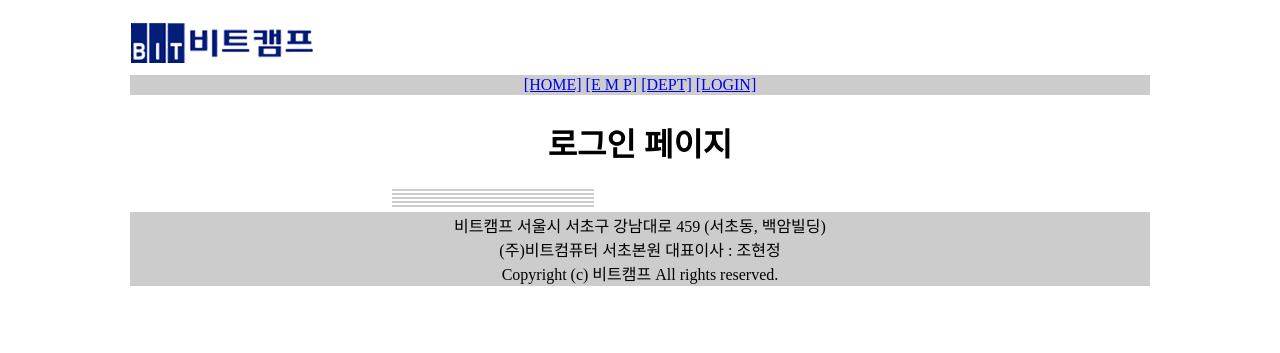
Repository: Lee-seongBeom/bitclass
Page: http://localhost/web08/login/form.jsp
The author's editor kept a copy of each file at every save. The page is drawn from the files as they stood at one save, then again after the next save.
The browser window is 1280 px wide. The pictures show the whole page.
The page is served by Tomcat 9. Other server files are loaded and not shown.

Above is the page before, as saved 2020-07-07 08:08:34.

### web/web08/WebContent/login/form.jsp
<%@ page language="java" contentType="text/html; charset=EUC-KR"
    pageEncoding="EUC-KR"%>
<!DOCTYPE html PUBLIC "-//W3C//DTD HTML 4.01 Transitional//EN" "http://www.w3.org/TR/html4/loose.dtd">
<html>
<head>
<meta http-equiv="Content-Type" content="text/html; charset=EUC-KR">
<title>Insert title here</title>
</head>
<body>
	<%
		String path="../";
	%>
	<%@ include file="../template/header.jspf" %>
	<%@ include file="../template/menu.jspf" %>
	<center>
		<h1>로그인 페이지</h1>
		<form action="result.jsp">
			<table width="500">
				<tr>
					<td width="200" bgcolor="#cccccc" align="center"></td>
					<td></td>
				</tr>
				<tr>
					<td width="200" bgcolor="#cccccc" align="center"></td>
					<td></td>
				</tr>
				<tr>
					<td width="200" bgcolor="#cccccc" align="center"></td>
					<td></td>
				</tr>
				<tr>
					<td width="200" bgcolor="#cccccc" align="center"></td>
					<td></td>
				</tr>
				<tr>
					<td width="200" bgcolor="#cccccc" align="center"></td>
					<td></td>
				</tr>
			</table>

		</form>
	</center>
	<%@ include file="../template/footer.jspf" %>

</body>
</html>

### web/web08/WebContent/template/header.jspf
<%@ page language="java" contentType="text/html; charset=EUC-KR"
    pageEncoding="EUC-KR"%>
<table width="1024" align="center">
      <tr>
         <td>
            <img alt="" src="<%=path %>img/logo.png">
         </td>
      </tr>

### web/web08/WebContent/template/menu.jspf
<%@ page language="java" contentType="text/html; charset=EUC-KR"
    pageEncoding="EUC-KR"%>
 <tr>
         <td align="center" bgcolor="#cccccc">
            <a href="<%=path %>index.jsp">[HOME]</a>
            <a href="<%=path %>emp/list.jsp">[E M P]</a>
            <a href="<%=path %>dept/list.jsp">[DEPT]</a>
            <a href="<%=path %>login/form.jsp">[LOGIN]</a>
         </td>
      </tr>
      <tr>
         <td>
            <!-- content start -->

### web/web08/WebContent/template/footer.jspf
<%@ page language="java" contentType="text/html; charset=EUC-KR"
    pageEncoding="EUC-KR"%>
   <!-- content end -->
         </td>
      </tr>
      <tr>
         <td align="center" bgcolor="#cccccc">
            비트캠프 서울시 서초구 강남대로 459 (서초동, 백암빌딩)<br>
            (주)비트컴퓨터 서초본원 대표이사 : 조현정<br>
            Copyright (c) 비트캠프 All rights reserved.<br>
         </td>
      </tr>
   </table>

After the next save:
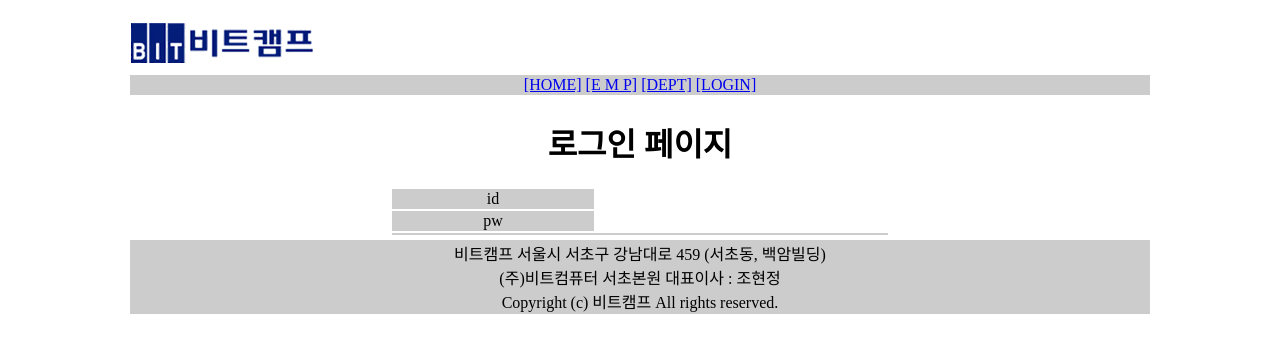
Saved 21 s later.
--- a/web/web08/WebContent/login/form.jsp
+++ b/web/web08/WebContent/login/form.jsp
@@ -17,24 +17,16 @@
 		<form action="result.jsp">
 			<table width="500">
 				<tr>
-					<td width="200" bgcolor="#cccccc" align="center"></td>
+					<td width="200" bgcolor="#cccccc" align="center">id</td>
 					<td></td>
 				</tr>
 				<tr>
-					<td width="200" bgcolor="#cccccc" align="center"></td>
+					<td width="200" bgcolor="#cccccc" align="center">pw</td>
 					<td></td>
 				</tr>
 				<tr>
-					<td width="200" bgcolor="#cccccc" align="center"></td>
-					<td></td>
+					<td width="200" bgcolor="#cccccc" align="center" colspan="2"></td>
 				</tr>
-				<tr>
-					<td width="200" bgcolor="#cccccc" align="center"></td>
-					<td></td>
-				</tr>
-				<tr>
-					<td width="200" bgcolor="#cccccc" align="center"></td>
-					<td></td>
 				</tr>
 			</table>
 
